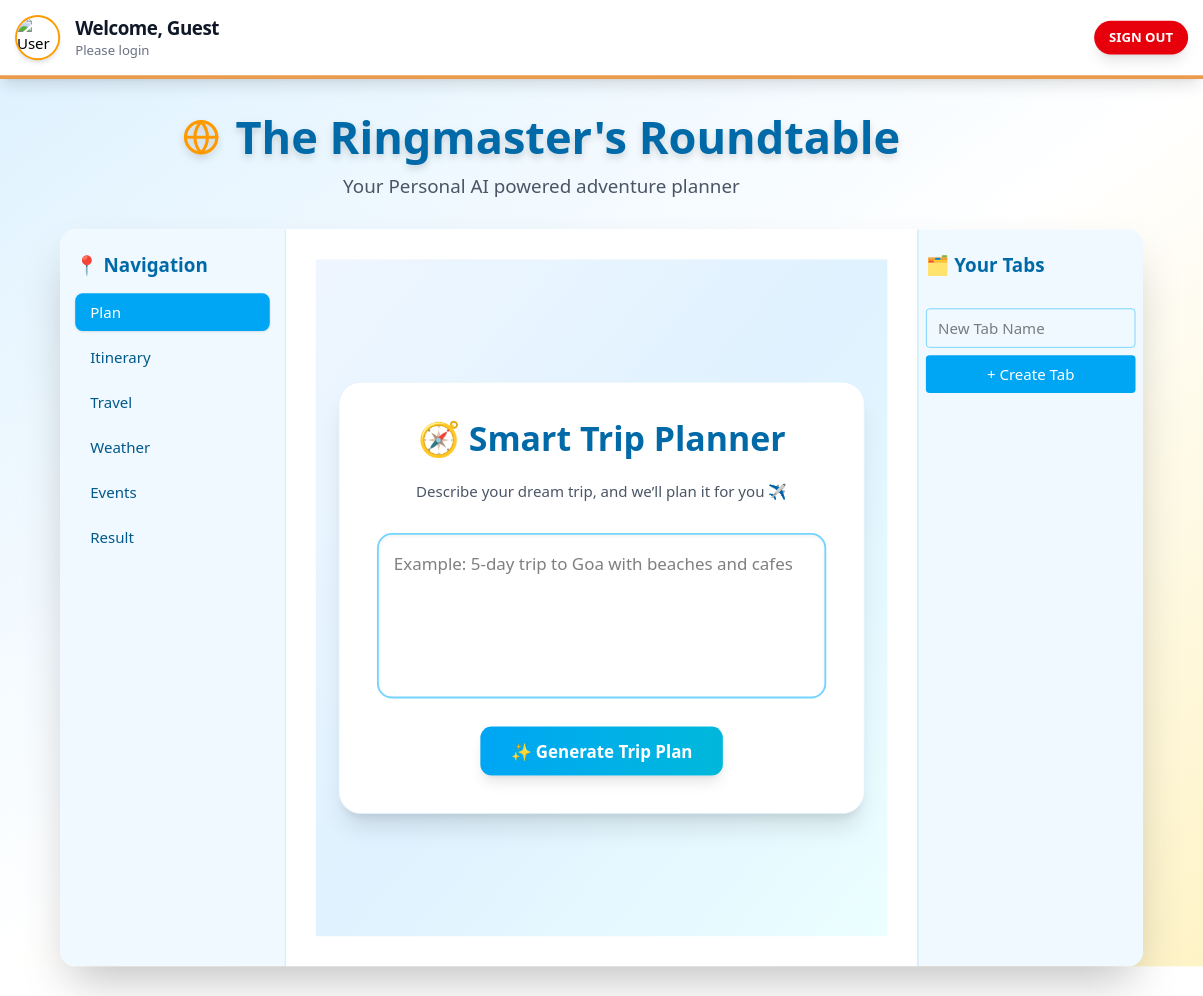
Repository: vega2006/The-Ringmaster-s-Roundtable
Page: /prompt (app in client/)
The author's editor kept a copy of each file at every save. The page is drawn from the files as they stood at one save, then again after the next save.
The browser window is 1280 px wide. The pictures show the whole page, at 94% of full size.
The page's requests for data from a server got no answer. The project was rebuilt for these pictures with package versions that can differ from the ones it lists, and the page was loaded fresh each time. No one was signed in, and anything a server would have sent is missing. Also part of the build but not shown: client/vite.config.js, client/src/components/GoogleLogin.jsx, client/src/components/NotFound.jsx, client/src/components/Sidebar.jsx, client/src/components/PlanInput.jsx, client/src/components/WeatherContent.jsx, client/src/components/TravelContent.jsx, client/src/components/ItineraryContent.jsx and 8 more.

Above is the page before, as saved 2025-10-10 18:25:26.

### client/src/App.jsx


import { GoogleOAuthProvider } from "@react-oauth/google";
import GoogleLogin from "./components/GoogleLogin";
import { BrowserRouter, Route, Routes, Navigate } from 'react-router-dom';
import { useState } from 'react';
import RefreshHandler from './components/RefreshHandler';
import NotFound from './components/NotFound';
import Dashboard from "./pages/Dashboard";
import Home from "./pages/Home";
import AIDashboard from "./pages/AIDashboard";
export default function App() {
  const [isAuthenticated, setIsAuthenticated] = useState(false);

  const GoogleWrapper = () => (
    <GoogleOAuthProvider clientId="1054190178825-cc3eg87b9uvh9hfn384ge5sqe5hq9l5v.apps.googleusercontent.com">
      <GoogleLogin />
    </GoogleOAuthProvider>
  );

  const PrivateRoute = ({ element }) => {
    return isAuthenticated ? element : element;
  };

  return (
    <BrowserRouter>
      <RefreshHandler setIsAuthenticated={setIsAuthenticated} />
      <Routes>
        {/* Public route for the Home page, where users can sign in */}
        <Route path="/" element={<Home isAuthenticated={isAuthenticated} />} />

        {/* This is the login page. Redirect to home after login. */}
        <Route path="/login" element={<GoogleWrapper />} />

        {/* This is the protected dashboard route */}
        <Route path='/dashboard' element={<PrivateRoute element={<Dashboard />} />} />
         <Route path='/prompt' element={<PrivateRoute element={<AIDashboard />} />} />

        {/* Catch-all route for invalid URLs */}
        <Route path="*" element={<NotFound />} />
      </Routes>
    </BrowserRouter>
  );
}

### client/src/components/RefreshHandler.jsx
import React, { useEffect } from 'react';
import { useLocation, useNavigate } from 'react-router-dom';

function RefrshHandler({ setIsAuthenticated }) {
    const location = useLocation();
    const navigate = useNavigate();

    useEffect(() => {
        const data = localStorage.getItem('user-info');
        const token = JSON.parse(data)?.token;
        if (token) {
            setIsAuthenticated(true);
            if (location.pathname === '/' ||
                location.pathname === '/login'
            ) {
                navigate('/dashboard', { replace: false });
            }
        }
    }, [location, navigate, setIsAuthenticated])

    return (
        null
    )
}

export default RefrshHandler

### client/src/pages/AIDashboard.jsx
import { TripProvider } from "../contexts/TripContext";
import AppHeader from "../components/AppHeader";
import PromptBasedSidebar from "../components/PromptBasedSideBar";
import MainContent from "../components/MainContent";
import AIContentRouter from "../components/AIContentRouter";
import React, { useEffect, useState } from 'react'
import { useNavigate } from 'react-router-dom';
import RightSidebar from "../components/TabBar";
const AIDashboard = () => {

  const [userInfo, setUserInfo] = useState(null);
  const navigate = useNavigate();

  useEffect(() => {
    const data = localStorage.getItem('user-info');
    const userData = JSON.parse(data);
    setUserInfo(userData);
  }, [])

  const handleLogout = () => {
    localStorage.removeItem('user-info');
    navigate('/login');
  }


  return (
    <div>
      <div className="sticky top-0 z-10 bg-white shadow-lg p-3 sm:p-4 border-b-4 border-amber-600/70">
        <div className="max-w-7xl mx-auto flex justify-between items-center">

          {/* User Info Display */}
          <div className="flex items-center space-x-4">
            <img
              className="w-12 h-12 rounded-full object-cover shadow-md border-2 border-amber-500"
              src={userInfo?.image}
              alt={userInfo?.name || 'User'}
              onError={(e) => { e.target.onerror = null; e.target.src = "https://placehold.co/40x40/FFC107/333?text=?" }}
            />
            <div className="hidden sm:block">
              <h1 className="text-xl font-bold text-gray-900 tracking-tight">Welcome, {userInfo?.name || 'Guest'}</h1>
              <h3 className="text-sm text-gray-500">{userInfo?.email || 'Please login'}</h3>
            </div>
            <div className="sm:hidden text-lg font-bold text-gray-900">
              {userInfo?.name ? `Hello, ${userInfo.name.split(' ')[0]}!` : 'Hello!'}
            </div>
          </div>

          {/* Logout Button (Stylized and positioned on the right) */}
          <button
            onClick={handleLogout}
            className="px-4 py-2 bg-red-600 text-white font-semibold rounded-full shadow-lg hover:bg-red-700
                                   transition duration-150 transform hover:scale-[1.02] active:scale-95
                                   focus:outline-none focus:ring-4 focus:ring-red-300 uppercase text-sm"
          >
            Sign Out
          </button>
        </div>
      </div>

      <TripProvider>

        <div className="min-h-screen bg-gradient-to-br from-sky-100 via-white to-amber-100 font-inter">
          <AppHeader />
          <div className="max-w-6xl mx-auto grid grid-cols-1 md:grid-cols-[240px_1fr_240px] bg-white shadow-2xl rounded-2xl overflow-hidden mt-4 mb-8">
            <PromptBasedSidebar />  {/* Left Sidebar */}

            <MainContent>
              <AIContentRouter />
            </MainContent>        {/* Main content */}

            <RightSidebar userId={userInfo?.id} /> {/* Right Sidebar */}
          </div>

        </div>
      </TripProvider>

    </div>
  )
}
export default AIDashboard

### client/src/api/api.jsx
import axios from "axios";

const API_BASE = `${import.meta.env.VITE_BACKEND_URL}/api`;


const api = axios.create({
    baseURL: "http://localhost:4000/auth/",
    // withCredentials: true,
});

export const googleAuth = (code) => api.get(`/google?code=${code}`);


export const getWeather = (city, travelDate) =>
  axios.get(`${API_BASE}/weather?city=${encodeURIComponent(city)}&travelDate=${encodeURIComponent(travelDate)}`);
;

export const getRoute = (origin, destination, travelDate) =>
  axios.get(`${API_BASE}/maps?origin=${encodeURIComponent(origin)}&destination=${encodeURIComponent(destination)}&travelDate=${encodeURIComponent(travelDate)}`);


export const getEvents = (destination, startTravelDate, endTravelDate) =>
  axios.get(`${API_BASE}/events`, {
    params: {
      city: destination,
      startDate: startTravelDate,
      endDate: endTravelDate,
    },
  });

export const getTripBudget = async (payload) => {
  // console.log(payload);
  return axios.post(`${API_BASE}/budget`, payload);
};


export const getItinerary = async (destination,startDate, endDate) => {
  return axios.post(`${API_BASE}/itinerary/generate`, {
      destination,
      startDate,
      endDate,
    });
};

### client/src/components/AppHeader.jsx
import React from 'react';
import { Globe } from 'lucide-react';

const AppHeader = () => (
    <div className="w-full max-w-6xl text-center pt-8 pb-4">
        <h1 className="text-4xl sm:text-5xl font-extrabold text-sky-700 drop-shadow-lg leading-tight flex items-center justify-center">
            <Globe className="w-8 h-8 sm:w-10 sm:h-10 mr-4 text-amber-500" />
            The Ringmaster's Roundtable
        </h1>
        <p className="text-center text-lg sm:text-xl text-gray-600 mt-2">Your Personal AI powered adventure planner</p>
    </div>
);

export default AppHeader;

### client/src/components/MainContent.jsx
export default function MainContent({ children }) {
  return (
    <main className="p-8 bg-white overflow-y-auto">
      {children}
    </main>
  );
}

### client/src/components/PromptBasedSideBar.jsx
import { useTrip } from "../contexts/TripContext";
import { TABS } from "../utils/PromptBasedConstants";

export default function PromptBasedSidebar() {
  const { activeTab, setActiveTab, isResultAvailable } = useTrip();

  return (
    <aside className="bg-sky-50 border-r border-sky-200 py-6 px-4">
      <h2 className="text-xl font-semibold mb-4 text-sky-700">📍 Navigation</h2>
      <nav className="flex flex-col space-y-2">
        {TABS.map((tab) => (
          <button
            key={tab}
            disabled={tab !== "Plan" && !isResultAvailable}
            onClick={() => setActiveTab(tab)}
            className={`px-4 py-2 text-left rounded-lg font-medium transition-all ${
              activeTab === tab
                ? "bg-sky-500 text-white shadow"
                : "hover:bg-sky-100 text-sky-800"
            } ${tab !== "Plan" && !isResultAvailable ? "opacity-50 cursor-not-allowed" : ""}`}
          >
            {tab}
          </button>
        ))}
      </nav>
    </aside>
  );
}

### client/src/components/AIContentRouter.jsx
import { useTrip } from "../contexts/TripContext";
import PlanByPrompt from "./PlanByPrompt";
import WeatherContent from "./WeatherContent";
import TravelContent from "./TravelContent";
import PromptBasedItinerary from "./PromptBasedItinerary";
import BudgetContent from "./BudgetContent";
import PromptBasedEvents from "./PromptBasedEvents";
import AIresult from "./AIresult";
export default function AIContentRouter() {
  const { activeTab } = useTrip();

  switch (activeTab) {
    case "Plan": return <PlanByPrompt/>;
    case "Result": return <AIresult/>;
    case "Weather": return <WeatherContent />;
    case "Travel": return <TravelContent />;
    case "Itinerary": return <PromptBasedItinerary/>;
    case "Budget": return <BudgetContent />;
    case "Events": return < PromptBasedEvents/>;
    default: return <PlanInput />;
  }
}

### client/src/components/TabBar.jsx
import { useState, useEffect } from "react";
import { useTrip } from "../contexts/TripContext";

export default function RightSidebar() {
  const {
    activeTab, setActiveTab,
    manualRoute, origin,
    events, setEvents,
    setOrigin, destination,
    setDestination, setManualRoute,
    manualWeather, setManualWeather,
    AIResult, setAIResult,
    itinerary, setItinerary,
    setTabId
  } = useTrip();

  const [tabs, setTabs] = useState([]);
  const [newTabName, setNewTabName] = useState("");
  const [loading, setLoading] = useState(false);

  const userData = JSON.parse(localStorage.getItem("user-info"));
  const userId = userData?.userId;

  // Fetch tabs
  useEffect(() => {
    async function fetchTabs() {
      try {
        const response = await fetch("http://localhost:4000/api/tabs", {
          method: "POST",
          headers: { "Content-Type": "application/json" },
          body: JSON.stringify({ userId }),
        });
        const data = await response.json();
        setTabs(data);
      } catch (err) {
        console.error("Error fetching tabs:", err);
      }
    }
    if (userId) fetchTabs();
  }, [userId]);

  const handleTabClick = async (tab) => {
    setTabId(tab.tabId);
    try {
      const response = await fetch("http://localhost:4000/api/mcp-server/tripDetails", {
        method: "POST",
        headers: { "Content-Type": "application/json" },
        body: JSON.stringify({ userId, tripId: tab.tabId }),
      });

      const data = await response.json();
      console.log("data", data);

      setOrigin(data.trip.origin);
      setDestination(data.trip.destination);
      setManualWeather(data.trip.weather);
      setItinerary(data.trip.itinerary);
      setManualRoute({
        origin: data.trip.origin,
        destination: data.trip.destination,
        routes: data.trip.route,
      });
      setActiveTab("Weather");
      setEvents(data.trip.events);
      console.log("result", data.trip.finalResponse);
      setAIResult(data.trip.finalResponse.content);
    } catch (err) {
      console.error("Error generating trip plan:", err);
      alert("Failed to load trip details. Please try again.");
    }
  };

  const handleCreateNewTab = async () => {
    if (!newTabName.trim()) return;
    try {
      await fetch("http://localhost:4000/api/tabs/createTab", {
        method: "POST",
        headers: { "Content-Type": "application/json" },
        body: JSON.stringify({ userId, tabName: newTabName }),
      });
      setNewTabName("");
      // Re-fetch tabs
      const updated = await fetch("http://localhost:4000/api/tabs", {
        method: "POST",
        headers: { "Content-Type": "application/json" },
        body: JSON.stringify({ userId }),
      });
      setTabs(await updated.json());
    } catch (err) {
      console.error("Error creating new tab:", err);
    }
  };

  const handleDeleteTab = async (tabId) => {
    if (!window.confirm("Are you sure you want to delete this tab?")) return;
    setLoading(true);
    try {
      await fetch("http://localhost:4000/api/tabs/deleteTab", {
        method: "POST", // Change to DELETE if your backend supports it
        headers: { "Content-Type": "application/json" },
        body: JSON.stringify({ userId, tabId }),
      });

      // Update local state
      setTabs((prev) => prev.filter((t) => t.tabId !== tabId));
      if (activeTab === tabId) {
        setActiveTab(null);
      }
    } catch (err) {
      console.error("Error deleting tab:", err);
      alert("Failed to delete tab. Please try again.");
    } finally {
      setLoading(false);
    }
  };

  return (
    <aside className="bg-sky-50 border-l border-sky-200 py-6 px-2 w-60 flex-shrink-0 flex flex-col">
      <h2 className="text-xl font-semibold mb-4 text-sky-700">🗂 Your Tabs</h2>

      <div className="flex flex-col space-y-2 mb-4 overflow-y-auto">
        {tabs.map((tab) => (
          <div
            key={tab.tabId}
            className={`flex items-center justify-between px-2 py-1 rounded-lg transition-all ${
              activeTab === tab.name ? "bg-sky-100" : "hover:bg-sky-50"
            }`}
          >
            <button
              onClick={() => handleTabClick(tab)}
              className="flex-1 text-left px-2 py-1 font-medium text-sky-800 truncate"
            >
              {tab.name}
            </button>

            <button
              onClick={() => handleDeleteTab(tab.tabId)}
              disabled={loading}
              className="text-red-500 hover:text-red-700 px-2 py-1 text-sm transition"
              title="Delete Tab"
            >
              ✕
            </button>
          </div>
        ))}
      </div>

      <div className="mb-4">
        <input
          type="text"
          placeholder="New Tab Name"
          value={newTabName}
          onChange={(e) => setNewTabName(e.target.value)}
          className="w-full px-3 py-2 rounded border border-sky-300 focus:outline-none focus:ring-2 focus:ring-sky-400 mb-2"
        />
        <button
          onClick={handleCreateNewTab}
          className="w-full px-4 py-2 bg-sky-500 text-white rounded hover:bg-sky-600 transition"
        >
          + Create Tab
        </button>
      </div>
    </aside>
  );
}

### client/src/utils/constants.jsx
export const API_KEY = "";
export const API_URL = `https://generativelanguage.googleapis.com/v1beta/models/gemini-2.5-flash-preview-05-20:generateContent?key=${API_KEY}`;

export const TABS = ["Plan", "Itinerary", "Budget", "Travel", "Weather", "Events","Result"];

export const RESPONSE_SCHEMA = {
  type: "OBJECT",
  properties: {
    destination: { type: "STRING" },
    duration_days: { type: "NUMBER" },
    summary: { type: "STRING" },
    itinerary: {
      type: "ARRAY",
      items: {
        type: "OBJECT",
        properties: {
          day: { type: "NUMBER" },
          date: { type: "STRING" },
          activities: { type: "ARRAY", items: { type: "STRING" } },
        },
      },
    },
  },
};

### client/src/utils/PromptBasedConstants.jsx
export const API_KEY = "";
export const API_URL = `https://generativelanguage.googleapis.com/v1beta/models/gemini-2.5-flash-preview-05-20:generateContent?key=${API_KEY}`;

export const TABS = ["Plan", "Itinerary","Travel", "Weather", "Events","Result"];

export const RESPONSE_SCHEMA = {
  type: "OBJECT",
  properties: {
    destination: { type: "STRING" },
    duration_days: { type: "NUMBER" },
    summary: { type: "STRING" },
    itinerary: {
      type: "ARRAY",
      items: {
        type: "OBJECT",
        properties: {
          day: { type: "NUMBER" },
          date: { type: "STRING" },
          activities: { type: "ARRAY", items: { type: "STRING" } },
        },
      },
    },
  },
};

Loaded but not shown: client/index.html (common file); client/src/main.jsx (common file); client/src/index.css (common file); client/src/contexts/TripContext.jsx (197 lines, source omitted); client/src/components/PlanByPrompt.jsx (101 lines, source omitted)

After the next save:
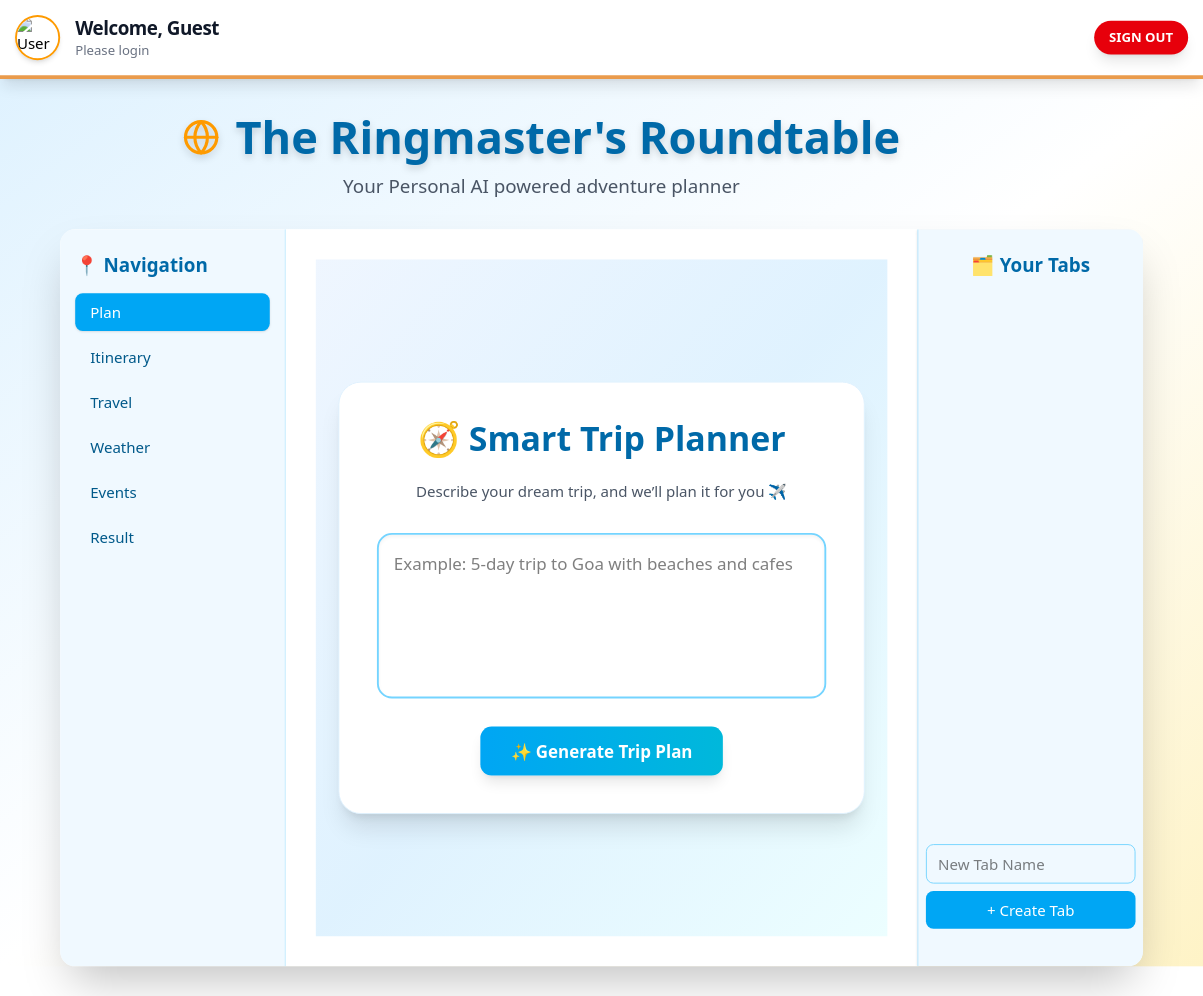
Saved 106 s later.
--- a/client/src/components/TabBar.jsx
+++ b/client/src/components/TabBar.jsx
@@ -1,4 +1,5 @@
 import { useState, useEffect } from "react";
+import { Trash2 } from "lucide-react"; // 🗑️ import trash icon
 import { useTrip } from "../contexts/TripContext";
 
 export default function RightSidebar() {
@@ -96,7 +97,7 @@ export default function RightSidebar() {
     setLoading(true);
     try {
       await fetch("http://localhost:4000/api/tabs/deleteTab", {
-        method: "POST", // Change to DELETE if your backend supports it
+        method: "POST", // or DELETE if supported
         headers: { "Content-Type": "application/json" },
         body: JSON.stringify({ userId, tabId }),
       });
@@ -115,20 +116,24 @@ export default function RightSidebar() {
   };
 
   return (
-    <aside className="bg-sky-50 border-l border-sky-200 py-6 px-2 w-60 flex-shrink-0 flex flex-col">
-      <h2 className="text-xl font-semibold mb-4 text-sky-700">🗂 Your Tabs</h2>
+    <aside className="bg-sky-50 border-l border-sky-200 py-6 px-2 w-60 flex-shrink-0 flex flex-col shadow-sm">
+      <h2 className="text-xl font-semibold mb-4 text-sky-700 flex items-center justify-center">
+        🗂 Your Tabs
+      </h2>
 
-      <div className="flex flex-col space-y-2 mb-4 overflow-y-auto">
+      <div className="flex flex-col space-y-2 mb-4 overflow-y-auto max-h-[60vh] scrollbar-thin scrollbar-thumb-sky-200">
         {tabs.map((tab) => (
           <div
             key={tab.tabId}
-            className={`flex items-center justify-between px-2 py-1 rounded-lg transition-all ${
-              activeTab === tab.name ? "bg-sky-100" : "hover:bg-sky-50"
+            className={`flex items-center justify-between px-3 py-2 rounded-lg transition-all duration-200 cursor-pointer group ${
+              activeTab === tab.name
+                ? "bg-sky-100 border border-sky-300"
+                : "hover:bg-sky-100"
             }`}
           >
             <button
               onClick={() => handleTabClick(tab)}
-              className="flex-1 text-left px-2 py-1 font-medium text-sky-800 truncate"
+              className="flex-1 text-left font-medium text-sky-800 truncate group-hover:text-sky-900"
             >
               {tab.name}
             </button>
@@ -136,26 +141,26 @@ export default function RightSidebar() {
             <button
               onClick={() => handleDeleteTab(tab.tabId)}
               disabled={loading}
-              className="text-red-500 hover:text-red-700 px-2 py-1 text-sm transition"
+              className="text-sky-400 hover:text-red-500 opacity-80 hover:opacity-100 transition-all duration-200 p-1 rounded-full hover:bg-red-50 hover:scale-110"
               title="Delete Tab"
             >
-              ✕
+              <Trash2 size={16} />
             </button>
           </div>
         ))}
       </div>
 
-      <div className="mb-4">
+      <div className="mt-auto mb-4">
         <input
           type="text"
           placeholder="New Tab Name"
           value={newTabName}
           onChange={(e) => setNewTabName(e.target.value)}
-          className="w-full px-3 py-2 rounded border border-sky-300 focus:outline-none focus:ring-2 focus:ring-sky-400 mb-2"
+          className="w-full px-3 py-2 rounded-lg border border-sky-300 focus:outline-none focus:ring-2 focus:ring-sky-400 mb-2"
         />
         <button
           onClick={handleCreateNewTab}
-          className="w-full px-4 py-2 bg-sky-500 text-white rounded hover:bg-sky-600 transition"
+          className="w-full px-4 py-2 bg-sky-500 text-white font-medium rounded-lg hover:bg-sky-600 transition-all duration-200"
         >
           + Create Tab
         </button>
